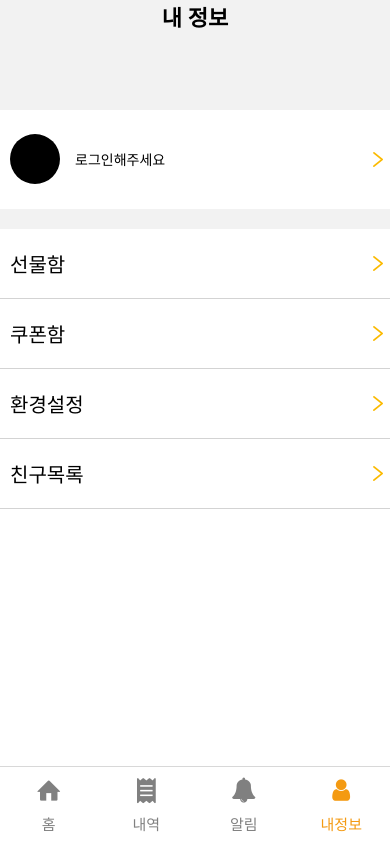
Repository: Unique0902/GachiDutch
Screen: /User
These files come from the project's save history. The screen is drawn as it stood at one moment and after the next save; the edit follows.
The app was drawn by React Native's web renderer in a window 390 px wide. The project was rebuilt for these pictures with package versions that can differ from the ones it lists, and the page was loaded fresh each time. Some packages were replaced by stand-ins written for this rebuild. Also part of the build but not shown: sources/components/lowBar/lowBar.jsx, sources/components/taxi/taxi.jsx, sources/components/alarm/alert.js, sources/components/alarm/alarm.jsx, sources/components/dutch_history/dutch_history.jsx, sources/components/dutchpay_historys/dutchpay_historys.jsx, sources/components/delivery_historys/delivery_historys.jsx, sources/components/taxi_historys/taxi_historys.jsx and 3 more.

Above is the screen before, as saved 2022-11-11 17:05:03.

### App.js
import React from 'react';
import { StyleSheet, Text, View, Image } from 'react-native';
import Home from './sources/components/home/home';
import { NavigationContainer } from '@react-navigation/native';
import { createNativeStackNavigator } from '@react-navigation/native-stack';
import Taxi from './sources/components/taxi/taxi';
import Main from './sources/routes/main/main';
import Login from './sources/routes/login/login';
import HttpClient from './sources/network/http.js';
import ReceiptService from './sources/services/receipt.js';
import Ready from './sources/components/ready/ready';

const Stack = createNativeStackNavigator();
const baseURL = 'https://dutch-server.herokuapp.com';
const httpClient = new HttpClient(baseURL);
const receiptService = new ReceiptService(baseURL);

export default function App() {
  return (
    <>
      <NavigationContainer>
        <Stack.Navigator screenOptions={{ headerShown: false }}>
          <Stack.Screen
            name='Main'
            children={({ navigation, route }) => (
              <Main
                receiptService={receiptService}
                navigation={navigation}
                route={route}
              />
            )}
          />
          <Stack.Screen name='Taxi' component={Taxi} />
          <Stack.Screen name='Login' component={Login} />
          <Stack.Screen name='Ready' component={Ready} />
        </Stack.Navigator>
      </NavigationContainer>
    </>
  );
}

const styles = StyleSheet.create({
  header: {
    flexDirection: 'row',
    alignItems: 'center',
    justifyContent: 'space-between',
    margin: 25,
  },
  main: {},
  container: {
    flex: 1,
    backgroundColor: '#fff',
    alignItems: 'center',
    justifyContent: 'center',
  },
  logo: {
    width: 150,
    height: 30,
  },
});

### sources/components/home/home.jsx
import React, { useRef, useState, useEffect } from 'react';
import {
  StyleSheet,
  Text,
  View,
  Image,
  Button,
  Pressable,
  ScrollView,
  Dimensions,
} from 'react-native';
import { Entypo } from '@expo/vector-icons';
import { FontAwesome } from '@expo/vector-icons';
import { FontAwesome5 } from '@expo/vector-icons';
import LowBar from '../lowBar/lowBar';
import { isLogin, getUid } from '../../services/asyncstorage';
import { StatusBar } from 'react-native';

const Home = ({ login, setLogin, navigation, setUserData, userData }) => {
  const [scrollNum, setScrollNum] = useState(1);
  const windowWidth = Dimensions.get('window').width;
  const statusBarHeight = StatusBar.currentHeight;
  const headerStyle = {
    marginTop: statusBarHeight,
  };
  let advertisementWidth = windowWidth - 40;
  const scrollWidth = parseInt(advertisementWidth);
  let scrollLeft = 0;

  const advertisementStyle = () => {
    return {
      width: advertisementWidth,
    };
  };
  const pageCircleStyle = (num) => {
    if (scrollNum === num) {
      return {
        color: '#FB9700',
      };
    } else {
      return {
        color: '#FFFDD1',
      };
    }
  };
  const scrollRef = useRef();
  return (
    <View style={[styles.home, headerStyle]}>
      <View style={styles.top}>
        <View style={styles.header}>
          <Image
            source={require('../../images/dutch_logo.png')}
            style={styles.logo}
          />
          <Pressable
            onPress={() => {
              navigation.navigate('Ready');
            }}
          >
            <Entypo name='menu' size={35} color='black' />
          </Pressable>
        </View>
        <View style={styles.mainTop}>
          {login ? (
            <View style={styles.onLogin}>
              <Text style={styles.onLoginText}>
                {userData && userData.name}님 반가워요!
              </Text>
            </View>
          ) : (
            <View style={styles.login}>
              <View style={styles.loginTop}>
                <Pressable
                  style={styles.loginBtn}
                  onPress={() =>
                    navigation.navigate('Login', { setLogin, setUserData })
                  }
                >
                  <Text style={[styles.loginText, styles.loginBtnText]}>
                    로그인
                  </Text>
                </Pressable>
                <Text style={styles.loginText}>하시고</Text>
              </View>
              <Text style={styles.loginText}>다양한 혜택을 만나 보세요!</Text>
            </View>
          )}
          <View style={styles.advertisementBox}>
            <ScrollView
              horizontal
              pagingEnabled
              contentContainerStyle={styles.advertisementScroll}
              ref={scrollRef}
              onScroll={(e) => {
                scrollLeft = parseInt(e.nativeEvent.contentOffset.x);
                if (scrollLeft % scrollWidth < 10) {
                  setScrollNum(parseInt(scrollLeft / scrollWidth + 1));
                }
              }}
              scrollEventThrottle={100}
              showsHorizontalScrollIndicator={false}
            >
              <Pressable
                style={[styles.advertisement, advertisementStyle()]}
                onPress={() => {
                  navigation.navigate('Ready');
                }}
              >
                <Image
                  source={require('../../images/advertisement_img.png')}
                  style={styles.advertisementImg}
                />
                <Text style={styles.advertisementText}>
                  같이 더치로{'\n'}편리하게 이용하세요
                </Text>
              </Pressable>
              <Pressable
                style={[styles.advertisement, advertisementStyle()]}
                onPress={() => {
                  navigation.navigate('Ready');
                }}
              >
                <Image
                  source={require('../../images/advertisement_img.png')}
                  style={styles.advertisementImg}
                />
                <Text style={styles.advertisementText}>
                  같이 더치로{'\n'}편리하게 이용하세요
                </Text>
              </Pressable>
              <Pressable
                style={[styles.advertisement, advertisementStyle()]}
                onPress={() => {
                  navigation.navigate('Ready');
                }}
              >
                <Image
                  source={require('../../images/advertisement_img.png')}
                  style={styles.advertisementImg}
                />
                <Text style={styles.advertisementText}>
                  같이 더치로{'\n'}편리하게 이용하세요
                </Text>
              </Pressable>
              <Pressable
                style={[styles.advertisement, advertisementStyle()]}
                onPress={() => {
                  navigation.navigate('Ready');
                }}
              >
                <Image
                  source={require('../../images/advertisement_img.png')}
                  style={styles.advertisementImg}
                />
                <Text style={styles.advertisementText}>
                  같이 더치로{'\n'}편리하게 이용하세요
                </Text>
              </Pressable>
            </ScrollView>
            <View style={styles.pageCircles}>
              <FontAwesome
                style={[styles.pageCircle, pageCircleStyle(1)]}
                name='circle'
                size={10}
                color='white'
              />
              <FontAwesome
                style={[styles.pageCircle, pageCircleStyle(2)]}
                name='circle'
                size={10}
                color='white'
              />
              <FontAwesome
                style={[styles.pageCircle, pageCircleStyle(3)]}
                name='circle'
                size={10}
                color='white'
              />
              <FontAwesome
                style={[styles.pageCircle, pageCircleStyle(4)]}
                name='circle'
                size={10}
                color='white'
              />
            </View>
          </View>
        </View>
      </View>
      <Pressable
        style={styles.event}
        onPress={() => {
          navigation.navigate('Ready');
        }}
      >
        <View>
          <Text style={[styles.eventText, { fontSize: 20 }]}>
            이벤트 {'   '}|
          </Text>
        </View>
        <Text style={[styles.eventText, { fontSize: 15, marginLeft: 20 }]}>
          같이더치 월 결제로 10% 할인받자!
        </Text>
        <Text style={[styles.eventText, { fontSize: 20, marginLeft: 20 }]}>
          {'>'}
        </Text>
      </Pressable>

      <View style={styles.mainBottom}>
        <View style={styles.categories}>
          <View style={styles.topBtns}>
            <View style={styles.btnShadow}>
              <Pressable
                style={styles.goodsBtn}
                onPress={() => {
                  if (login) {
                    navigation.navigate('Taxi', { userData });
                  } else {
                    navigation.navigate('Login', { setLogin, setUserData });
                  }
                }}
              >
                <Image
                  source={require('../../images/taxi_img.png')}
                  style={styles.taxiImg}
                />
                <Text style={[styles.goodText, { marginTop: 20 }]}>택시</Text>
              </Pressable>
            </View>
            <View style={styles.btnShadow}>
              <Pressable
                style={styles.goodsBtn}
                onPress={() => {
                  navigation.navigate('Ready');
                }}
              >
                <Image
                  source={require('../../images/delivery_img.png')}
                  style={styles.taxiImg}
                />
                <Text style={[styles.goodText, { marginTop: 20 }]}>배달</Text>
              </Pressable>
            </View>
          </View>
          <View style={styles.downBtns}>
            <View style={styles.btnShadow}>
              <Pressable
                style={styles.downGoodsBtn}
                onPress={() => {
                  navigation.navigate('Ready');
                }}
              >
                <Image
                  source={require('../../images/taxi_human_img.png')}
                  style={styles.peopleImg}
                />
                <Text
                  style={[styles.goodText, { marginRight: 20, marginLeft: 20 }]}
                >
                  지인끼리
                </Text>
                <Image
                  source={require('../../images/location_img.png')}
                  style={styles.peopleImg}
                />
              </Pressable>
            </View>
          </View>
        </View>
      </View>
    </View>
  );
};

export default Home;

const styles = StyleSheet.create({
  home: {
    flex: 1,
    flexDirection: 'column',
  },
  loginText: {
    paddingVertical: 5,
  },
  header: {
    flexDirection: 'row',
    alignItems: 'center',
    justifyContent: 'space-between',
    margin: 0,
    flex: 1,
  },
  mainTop: {
    flex: 6,
  },
  top: {
    flex: 6,
    padding: 20,
  },
  loginBtn: {},
  login: {
    flex: 2,
    marginTop: 15,
  },
  onLogin: {
    flex: 2,
    marginTop: 15,
  },
  onLoginText: {
    marginTop: 10,
    fontSize: 25,
    fontWeight: '600',
    color: '#444444',
  },
  loginTop: {
    flexDirection: 'row',
    alignItems: 'center',
  },
  loginText: {
    fontSize: 18,
    color: '#444444',
  },
  loginBtnText: {
    color: '#F39910',
    textDecorationLine: 'underline',
    textDecorationStyle: 'solid',
    textDecorationColor: '#000',
  },
  mainBottom: {
    flex: 6,
    padding: 15,
  },
  advertisementScroll: {
    borderRadius: 15,
    position: 'relative',
  },
  advertisementBox: {
    flex: 4,
  },
  advertisement: {
    backgroundColor: '#FBBA00',
    borderRadius: 15,
    position: 'relative',
  },
  advertisementText: {
    color: 'white',
    fontSize: 20,
    fontWeight: '800',
    marginLeft: 30,
    marginTop: 25,
  },
  advertisementImg: {
    width: '100%',
    height: '87%',
    position: 'absolute',
    borderRadius: 20,
    bottom: 0,
  },
  pageCircles: {
    flexDirection: 'row',
    position: 'absolute',
    alignItems: 'center',
    bottom: 4,
    left: 140,
  },
  pageCircle: {
    marginLeft: 3,
    marginRight: 3,
  },
  event: {
    flex: 1,
    backgroundColor: '#3C4451',
    flexDirection: 'row',
    justifyContent: 'center',
    alignItems: 'center',
  },
  categories: {
    flex: 1,
  },
  topBtns: {
    flexDirection: 'row',
    flex: 3,
  },
  downBtns: {
    flex: 2,
  },
  goodsBtn: {
    borderRadius: 20,
    backgroundColor: 'white',
    width: '100%',
    height: '100%',
    alignItems: 'center',
    justifyContent: 'center',
  },
  downGoodsBtn: {
    borderRadius: 20,
    backgroundColor: 'white',
    width: '100%',
    height: '100%',
    flexDirection: 'row',
    justifyContent: 'center',
    alignItems: 'center',
  },
  goodText: {
    fontSize: 20,
    fontWeight: '600',
  },
  btnShadow: {
    flex: 1,
    shadowOffset: {
      width: 0,
      height: 1,
    },
    shadowOpacity: 0.18,
    borderRadius: 20,
    shadowRadius: 1.0,
    elevation: 1,
    margin: 5,
  },
  eventText: {
    color: 'white',
  },
  taxiImg: {
    width: 90,
    height: 90,
  },
  peopleImg: {
    width: 60,
    height: 67,
  },
  logo: {
    width: 150,
    height: 30,
  },
});

### sources/routes/main/main.jsx
import React, { useEffect, useRef, useState } from 'react';
import { View, Button, Text } from 'react-native';
import Home from '../../components/home/home';
import LowBar from '../../components/lowBar/lowBar';
import User from '../../components/user/user';
import Alarm from '../../components/alarm/alarm';
import Receipt from '../../components/receipt/receipt';
import { createBottomTabNavigator } from '@react-navigation/bottom-tabs';
import { Entypo } from '@expo/vector-icons';
import { FontAwesome } from '@expo/vector-icons';
import { FontAwesome5 } from '@expo/vector-icons';
import { isLogin, matchUserData } from '../../services/asyncstorage';

const Tab = createBottomTabNavigator();

const Main = ({ receiptService, navigation, route }) => {
  const [login, setLogin] = useState(false);
  const [userData, setUserData] = useState(null);
  useEffect(() => {
    isLogin().then((result) => {
      if (result) {
        setLogin(true);
        console.log('로그인 되어있음!');
        matchUserData(setUserData);
      } else {
        setLogin(false);
        console.log('로그인 안되어있음!');
      }
    });
  }, [login]);
  return (
    <>
      <View style={{ flex: 14 }}>
        <Tab.Navigator
          screenOptions={({ route }) => ({
            tabBarIcon: ({ color, size }) => {
              if (route.name === 'Home') {
                return <Entypo name='home' size={size} color={color} />;
              } else if (route.name === 'Receipt') {
                return (
                  <FontAwesome5 name='receipt' size={size} color={color} />
                );
              } else if (route.name === 'Alarm') {
                return <FontAwesome name='bell' size={size} color={color} />;
              } else if (route.name === 'User') {
                return <FontAwesome name='user' size={size} color={color} />;
              }
            },
            tabBarStyle: { flex: 0.1 },
            tabBarLabelStyle: {
              fontSize: 15,
              marginBottom: 10,
              fontWeight: '500',
            },
            tabBarActiveTintColor: '#F49A11',
            tabBarInactiveTintColor: 'gray',
            headerShown: false,
          })}
        >
          <Tab.Screen
            name='Home'
            options={({ route, navigation }) => {
              return { tabBarLabel: '홈' };
            }}
            children={({ navigation }) => (
              <Home
                login={login}
                setLogin={setLogin}
                navigation={navigation}
                setUserData={setUserData}
                userData={userData}
              />
            )}
          />
          <Tab.Screen
            name='Receipt'
            options={({ route, navigation }) => {
              return { tabBarLabel: '내역' };
            }}
            children={({ navigation, route }) => (
              <Receipt
                login={login}
                navigation={navigation}
                receiptService={receiptService}
                userData={userData}
                route={route}
              />
            )}
          />
          <Tab.Screen
            options={({ route, navigation }) => {
              return { tabBarLabel: '알림' };
            }}
            name='Alarm'
            children={({ navigation }) => (
              <Alarm login={login} navigation={navigation} />
            )}
          />
          <Tab.Screen
            options={({ route, navigation }) => {
              return { tabBarLabel: '내정보' };
            }}
            name='User'
            children={({ navigation }) => (
              <User
                login={login}
                setLogin={setLogin}
                navigation={navigation}
                setUserData={setUserData}
                userData={userData}
              />
            )}
          />
        </Tab.Navigator>
      </View>
    </>
  );
};

export default Main;

### sources/network/http.js
export default class HttpClient {
  constructor(baseURL) {
    this.baseURL = baseURL;
  }

  async fetch(url, options) {
    const res = await fetch(`${this.baseURL}${url}`, {
      ...options,
      headers: {
        'Content-Type': 'application/json',
        ...options.headers,
      },
    });
    let data;
    try {
      data = await res.json();
    } catch (error) {
      console.error(error);
    }

    if (res.status > 299 || res.status < 200) {
      const message =
        data && data.message ? data.message : 'Something went wrong! 🤪';
      const error = new Error(message);
      throw error;
    }
    return data;
  }
}

### sources/services/receipt.js
export default class ReceiptService {
  constructor(http) {
    this.http = http;
  }

  getTexiHistorys = async (userId) => {
    return await fetch(`${this.http}/receipt/all/${userId}`, {
      method: 'GET',
    });
  };
}

### sources/services/asyncstorage.js
import AsyncStorage from '@react-native-async-storage/async-storage';

export const isLogin = async () => {
  try {
    const loginDatas = await AsyncStorage.getItem('loginDatas');
    console.log(loginDatas);
    if (loginDatas) {
      return true;
    } else {
      return false;
    }
  } catch (e) {
    console.error(e);
  }
};

export const logout = async () => {
  try {
    await AsyncStorage.removeItem('loginDatas');
  } catch (error) {
    console.error(error);
  }
};

export const getRefreshToken = async () => {
  try {
    const loginDatas = await AsyncStorage.getItem('loginDatas');
    if (loginDatas) {
      return JSON.parse(loginDatas).refreshToken;
    }
  } catch (e) {
    console.error(e);
  }
};

export const getUid = async () => {
  try {
    const loginDatas = await AsyncStorage.getItem('loginDatas');
    if (loginDatas) {
      return JSON.parse(loginDatas).uid;
    }
  } catch (e) {
    console.error(e);
  }
};

export const matchUserData = async (setUserData) => {
  try {
    const loginDatas = await AsyncStorage.getItem('loginDatas');
    if (loginDatas) {
      return setUserData(JSON.parse(loginDatas));
    }
  } catch (e) {
    console.error(e);
  }
};

### sources/components/user/user.jsx
import React, { useEffect, useRef, useState } from 'react';
import { StatusBar } from 'react-native';
import {
  StyleSheet,
  Text,
  View,
  Pressable,
  ScrollView,
  Image,
} from 'react-native';
import { AntDesign } from '@expo/vector-icons';
import { isLogin, logout } from '../../services/asyncstorage';

export default function User({
  login,
  setLogin,
  navigation,
  setUserData,
  userData,
}) {
  const statusBarHeight = StatusBar.currentHeight;
  const headerStyle = {
    marginTop: statusBarHeight,
  };
  const onProfilePress = () => {
    console.log('profile pressed');
  };
  const onProfileInfoPress = () => {
    if (login) {
    } else {
      navigation.navigate('Login', { setLogin: setLogin });
    }
  };
  useEffect(() => {
    console.log(login);
  }, []);
  return (
    <View style={styles.container}>
      <View style={[styles.header, headerStyle]}>
        <Text style={styles.headerText}>내 정보</Text>
      </View>
      <Pressable style={styles.profileBtn}>
        <Pressable onPress={onProfilePress}>
          <Image style={styles.profileImage} />
        </Pressable>
        <View style={styles.profileName}>
          {login ? (
            <>
              <Text style={styles.nameText}>{userData && userData.name}</Text>
            </>
          ) : (
            <>
              <Text>로그인해주세요</Text>
            </>
          )}
        </View>
        <AntDesign style={styles.enter} name='right' size={20} />
      </Pressable>
      <View style={styles.menus}>
        <ScrollView>
          <Pressable style={styles.enterMenu}>
            <Text style={styles.menuText}>선물함</Text>
            <AntDesign style={styles.enter} name='right' size={20} />
          </Pressable>
          <Pressable style={styles.enterMenu}>
            <Text style={styles.menuText}>쿠폰함</Text>
            <AntDesign style={styles.enter} name='right' size={20} />
          </Pressable>
          <Pressable style={styles.enterMenu}>
            <Text style={styles.menuText}>환경설정</Text>
            <AntDesign style={styles.enter} name='right' size={20} />
          </Pressable>
          <Pressable style={styles.enterMenu}>
            <Text style={styles.menuText}>친구목록</Text>
            <AntDesign style={styles.enter} name='right' size={20} />
          </Pressable>
          {/* {login && (
          <Pressable style={styles.logoutBtn}>
            <Text
              style={styles.logoutText}
              onPress={() => {
                logout().then(() => {
                  setLogin(false);
                  console.log('로그아웃됨!');
                  setUserData(null);
                  navigation.navigate('Main', { screen: 'Home' });
                });
              }}
            >
              로그아웃
            </Text>
          </Pressable>
        )} */}
        </ScrollView>
      </View>
    </View>
    //내정보
  );
}

const styles = StyleSheet.create({
  container: {
    flex: 1,
  },
  header: {
    flex: 1,
  },
  headerText: {
    fontSize: 22,
    fontWeight: '600',
    alignSelf: 'center',
  },
  enterMenu: {
    justifyContent: 'space-between',
    alignItems: 'center',
    flexDirection: 'row',
    padding: 20,
    paddingHorizontal: 10,
    borderBottomColor: 'lightgray',
    borderBottomWidth: 1,
    borderStyle: 'solid',
  },
  menus: {
    flex: 6,
    backgroundColor: 'white',
    marginTop: 20,
  },
  menuText: {
    fontSize: 20,
    fontWeight: '500',
  },
  nameText: {
    fontSize: 20,
    fontWeight: '600',
  },
  profileImage: {
    width: 50,
    height: 50,
    borderRadius: 100,
    backgroundColor: 'black',
  },
  infoArea: {
    flexDirection: 'column',
  },
  infoText: {
    fontSize: 24,
    fontWeight: '500',
  },
  profileBtn: {
    flex: 1,
    marginTop: 20,
    padding: 5,
    paddingHorizontal: 10,
    flexDirection: 'row',
    alignItems: 'center',
    backgroundColor: 'white',
  },
  logoutText: {
    fontSize: 20,
    fontWeight: '500',
    color: 'red',
  },
  profileName: {
    marginLeft: 15,
  },
  enter: {
    position: 'absolute',
    right: 2,
    color: '#FBBA00',
  },
});

Loaded but not shown: index.js (common file)

After the next save:
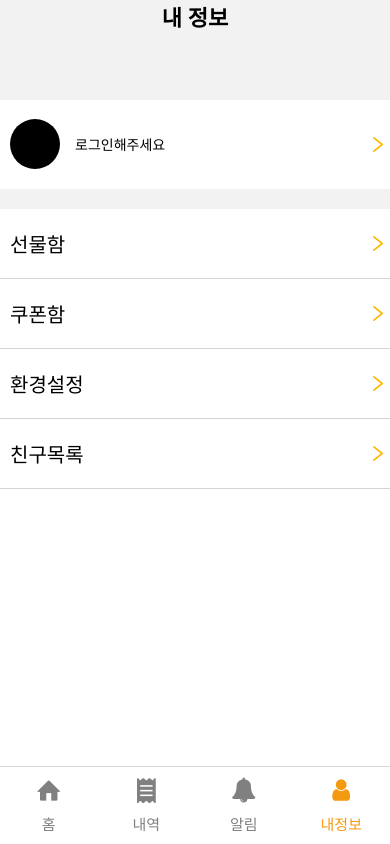
Saved 13 s later.
--- a/sources/components/user/user.jsx
+++ b/sources/components/user/user.jsx
@@ -121,7 +121,7 @@ const styles = StyleSheet.create({
     borderStyle: 'solid',
   },
   menus: {
-    flex: 6,
+    flex: 7,
     backgroundColor: 'white',
     marginTop: 20,
   },
